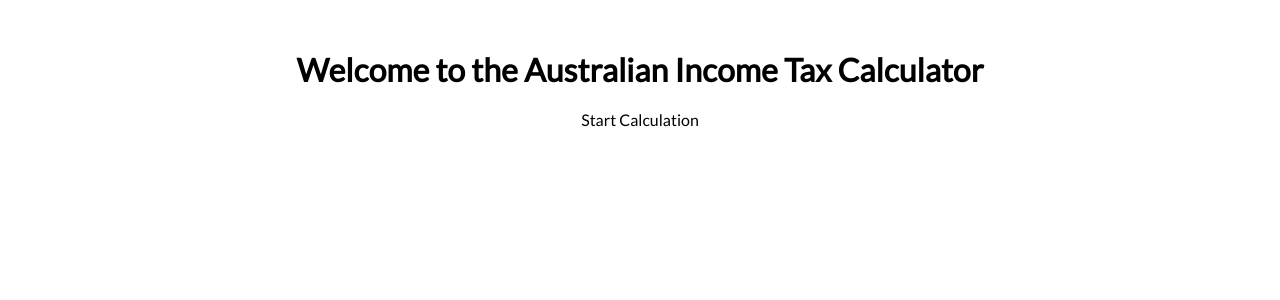
Repository: Tracy-maker/tax_calculator
Page: /
An editor plug-in stored every save of this project. The page is shown before and after the next save, followed by the edit.
The browser window is 1280 px wide. The pictures show the whole page.
The project was rebuilt for these pictures with package versions that can differ from the ones it lists, and the page was loaded fresh each time. Also part of the build but not shown: vite.config.js.

Above is the page before, as saved 2024-06-26 13:48:21.

### index.html
<!doctype html>
<html lang="en">
  <head>
    <meta charset="UTF-8" />
    <link rel="icon" href="src/assets/logo.svg" />
    <meta name="viewport" content="width=device-width, initial-scale=1.0" />
    <title>Tax Calculator</title>
  </head>
  <body>
    <div id="app"></div>
    <script type="module" src="/src/main.js"></script>
  </body>
</html>

### src/assets/main.css
@import url('https://fonts.googleapis.com/css?family=Lato&display=swap');

:root {
  --box-shadow: 0 1px 3px rgba(0, 0, 0, 0.12), 0 1px 2px rgba(0, 0, 0, 0.24);
}

* {
  box-sizing: border-box;
}

body {
  font-family: 'Lato', sans-serif;
  margin: 0;
  padding: 0;
  box-sizing: border-box;
}

header {
  background-color: #42b983;
  padding: 10px;
  color: white;
}

nav {
  display: flex;
  justify-content: center;
  gap: 15px;
}

nav a {
  color: white;
  text-decoration: none;
}

nav a.router-link-exact-active {
  font-weight: bold;
}

main {
  padding: 20px;
}

footer {
  margin-top: 50px;
  padding: 10px;
  background-color: #42b983;
  color: white;
}

.home {
  text-align: center;
  margin-top: 50px;
}

.calculator {
  max-width: 600px;
  margin: 0 auto;
  padding: 20px;
}

.results {
  text-align: center;
  margin-top: 50px;
}

.modal {
  position: fixed;
  top: 0;
  left: 0;
  width: 100%;
  height: 100%;
  background-color: rgba(0, 0, 0, 0.5);
  display: flex;
  justify-content: center;
  align-items: center;
}

.modal-content {
  background-color: white;
  padding: 20px;
  border-radius: 5px;
  text-align: center;
}

.close {
  position: absolute;
  top: 10px;
  right: 10px;
  cursor: pointer;
}

.share-buttons {
  display: flex;
  flex-direction: column;
  gap: 10px;
}

### src/App.vue
<template>
  <div class="home">
    <h1>Welcome to the Australian Income Tax Calculator</h1>
    <router-link to="/calculator">Start Calculation</router-link>
  </div>
</template>

<script lang="ts">
import { defineComponent } from 'vue'

export default defineComponent({
  name: 'HomePage'
})
</script>

Loaded but not shown: src/main.js (common file)

After the next save:
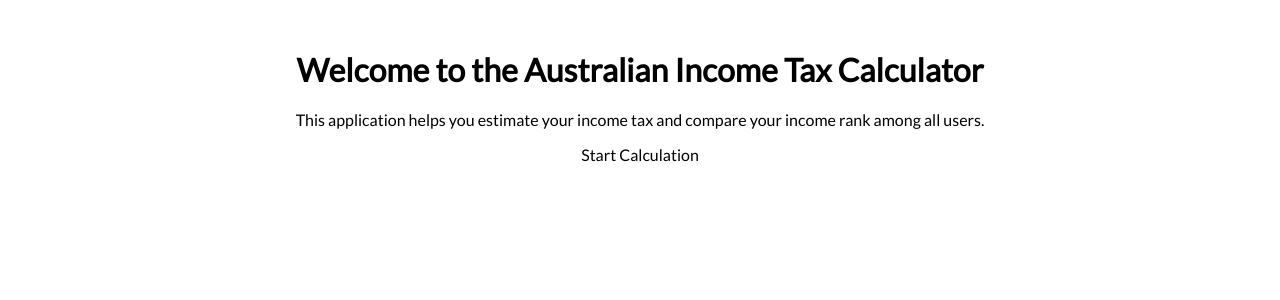
Saved 27 s later.
--- a/src/App.vue
+++ b/src/App.vue
@@ -1,6 +1,10 @@
 <template>
   <div class="home">
     <h1>Welcome to the Australian Income Tax Calculator</h1>
+    <p>
+      This application helps you estimate your income tax and compare your income rank among all
+      users.
+    </p>
     <router-link to="/calculator">Start Calculation</router-link>
   </div>
 </template>
